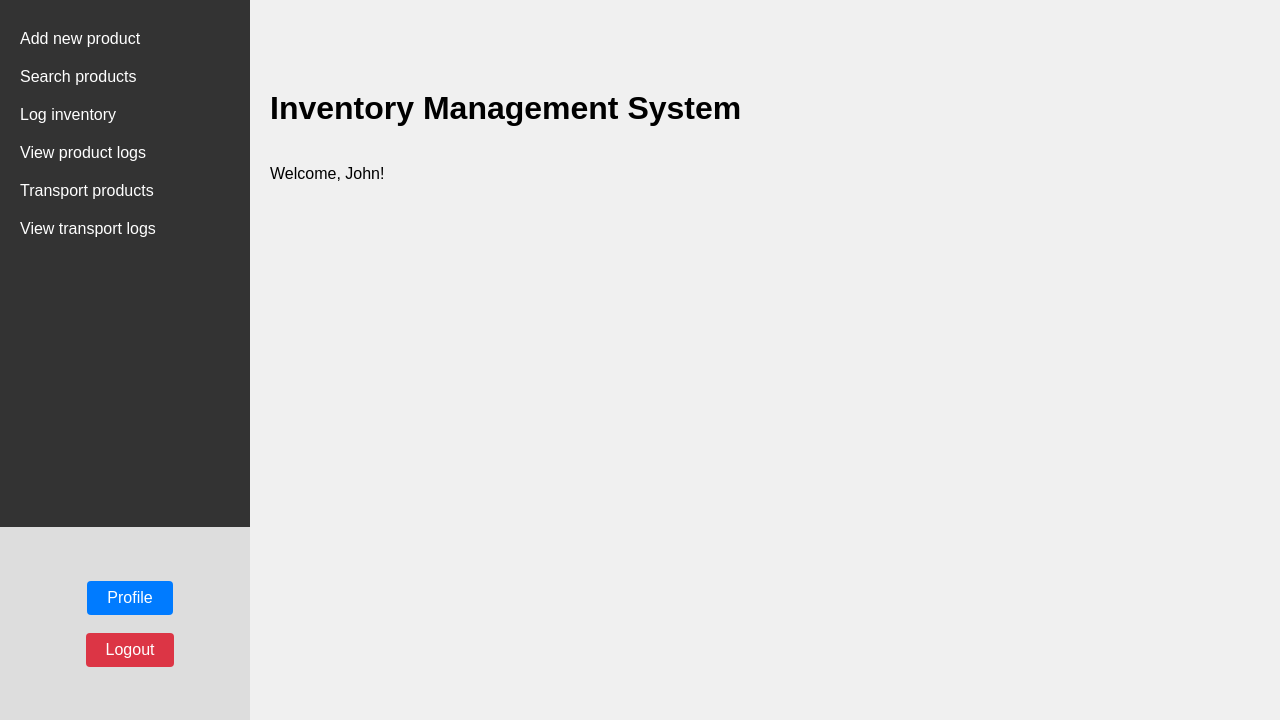
Repository: Warspinix/Flask-Web-Applications
Page: http://localhost/dashboard
The author's editor kept a copy of each file at every save. The page is drawn from the files as they stood at one save, then again after the next save.
The browser window is 1280 px wide. The pictures show the whole page.
The page is served by the project's application, run on Flask 3 (app.py). The session is filled in as if someone had signed in: {"user_id": 1, "first_name": "John"}.

Above is the page before, as saved 2024-06-13 22:35:27.

### templates/dashboard.html
<!-- dashboard.html -->

<!DOCTYPE html>
<html>

<head>
    <title>Inventory Management System</title>
    <link rel="stylesheet" type="text/css" href="{{ url_for('static', filename='style.css') }}">
</head>

<body>
    <div class="container">
        <!-- Navigation Bar -->
        <nav class="navbar" id="navbar">
            <div class="navbar-container">
                <!-- Functionality list -->
                <ul class="navbar-menu" id="menu">
                    <li><a href="{{ url_for('add_product') }}">Add new product</a></li>
                    <li><a href="{{ url_for('search_products') }}">Search products</a></li>
                    <li><a href="{{ url_for('log_inventory') }}">Log inventory</a></li>
                    <li><a href="{{ url_for('view_product_logs') }}">View product logs</a></li>
                    <li><a href="{{ url_for('transport_products') }}">Transport products</a></li>
                    <li><a href="{{ url_for('view_transport_logs') }}">View transport logs</a></li>
                </ul>

                <div class="profile-logout">
                    <a href="{{ url_for('profile') }}" class="btn btn-primary">Profile</a><br>
                    <a href="{{ url_for('logout') }}" class="btn btn-danger">Logout</a>
                </div>
            </div>
        </nav>
        <div class="content">
            <h1>Inventory Management System</h1>

            <!-- Welcome message -->
            <p>Welcome, {{ first_name }}!</p>
        </div>
    </div>
</body>

</html>

### app.py
from flask import Flask, render_template, redirect, url_for, flash, session
import flask_mysqldb
from flask_wtf import FlaskForm
from wtforms import StringField, PasswordField, SubmitField, IntegerField, SelectField
from wtforms.validators import DataRequired, NumberRange, Optional
import os
import datetime
from flask_bcrypt import Bcrypt

secret_key = os.urandom(24).hex()

app = Flask(__name__)
app.config["SECRET_KEY"] = secret_key
app.config["MYSQL_HOST"] = "localhost"
app.config["MYSQL_USER"] = "root"
app.config["MYSQL_PASSWORD"] = ""
app.config["MYSQL_DB"] = "inventory"

bcrypt = Bcrypt(app)

mysql = flask_mysqldb.MySQL(app)

class RegistrationForm(FlaskForm):
    email = StringField("Email", validators=[DataRequired()])
    first_name = StringField("First Name", validators=[DataRequired()])
    last_name = StringField("Last Name", validators=[DataRequired()])
    password = PasswordField("Password", validators=[DataRequired()])
    submit = SubmitField("Register")

class LoginForm(FlaskForm):
    user_id = StringField("User ID", validators=[DataRequired()])
    password = PasswordField("Password", validators=[DataRequired()])
    submit = SubmitField("Login")

class AddProductForm(FlaskForm):
    product_name = StringField("Product Name", validators=[DataRequired()])
    submit = SubmitField("Add Product")

class SearchForm(FlaskForm):
    search_by = StringField("Search by", validators=[DataRequired()])
    search_term = StringField("Search term", validators=[DataRequired()])
    submit = SubmitField("Search")

class AddToInventoryForm(FlaskForm):
    product_id = StringField("Product ID", validators=[DataRequired()])
    quantity_added = StringField("Quantity to add", validators=[DataRequired()])
    submit = SubmitField("Add to Inventory")

from flask_wtf import FlaskForm
from wtforms import SelectField, StringField, SubmitField
from wtforms.validators import DataRequired, Optional

class ViewProductLogsForm(FlaskForm):
    search_by = SelectField("Search by", choices=[
        ('', 'Select option'),
        ('id', 'Product ID'),
        ('month', 'Month'),
        ('both', 'Both')
    ], validators=[DataRequired()])
    product_id = StringField("Product ID", validators=[Optional()])
    month = SelectField("Select month", choices=[
        ('', 'Select month'),
        ('1', 'January'), ('2', 'February'), ('3', 'March'), ('4', 'April'),
        ('5', 'May'), ('6', 'June'), ('7', 'July'), ('8', 'August'),
        ('9', 'September'), ('10', 'October'), ('11', 'November'), ('12', 'December')
    ], validators=[Optional()])
    submit = SubmitField("View Logs")


class TransportForm(FlaskForm):
    product_id = IntegerField('Product ID', validators=[DataRequired(), NumberRange(min=1)])
    quantity_transported = IntegerField('Quantity to transport', validators=[DataRequired(), NumberRange(min=1)])
    submit = SubmitField('Transport')

class ViewTransportLogsForm(FlaskForm):
    search_by = SelectField("Search by", choices=[('', 'Select option'), ('id', 'Product ID'), ('month', 'Month'), ('both', 'Both')], validators=[DataRequired()])
    product_id = StringField("Product ID", validators=[Optional()])
    month = StringField("Select month", validators=[Optional()])
    submit = SubmitField("View Logs")


@app.route("/")
def index():
    return render_template("index.html")

@app.route("/register", methods=["GET", "POST"])
def register():
    form = RegistrationForm()
    if form.validate_on_submit():
        cur = mysql.connection.cursor()
        cur.execute("SELECT COUNT(*) FROM users")
        count = cur.fetchone()[0] + 1
        user_id = str(datetime.date.today().year) + str(count).zfill(3)
        registration_date = datetime.date.today()
        registration_time = datetime.datetime.now().time()
        hashed_password = bcrypt.generate_password_hash(form.password.data).decode('utf-8')
        cur.execute("INSERT INTO users (id, email, first_name, last_name, password, registration_date, registration_time) VALUES (%s, %s, %s, %s, %s, %s, %s)",
                    (user_id, form.email.data, form.first_name.data, form.last_name.data, hashed_password, registration_date, registration_time))
        mysql.connection.commit()
        # flash("Registration successful! You will be redirected to the home page in 3 seconds.")
        # return render_template("register_success.html")
        return redirect(url_for("index"))
    return render_template("register.html", form=form)

@app.route("/login", methods=["GET", "POST"])
def login():
    form = LoginForm()
    if form.validate_on_submit():
        cur = mysql.connection.cursor()
        print(form.user_id.data)
        print(form.password.data)
        cur.execute("SELECT password, first_name FROM users WHERE email = %s", (form.user_id.data,))
        result = cur.fetchone()
        print(result)
        if result:
            hashed_password = result[0]
            if bcrypt.check_password_hash(hashed_password, form.password.data):
                session['user_id'] = form.user_id.data
                session['first_name'] = result[1]  # Store first name in session
                return redirect(url_for("dashboard"))
            else:
                flash("Invalid user ID or password")
        else:
            flash("Invalid user ID or password")
    return render_template("login.html", form=form)

@app.route("/logout")
def logout():
    session.pop('user_id', None)
    session.pop('first_name', None)
    return redirect(url_for("index"))

@app.route("/dashboard")
def dashboard():
    if 'user_id' not in session:
        return redirect(url_for("login"))
    return render_template("dashboard.html", user_id=session['user_id'], first_name=session['first_name'])

@app.route("/profile")
def profile():
    if 'user_id' not in session:
        return redirect(url_for("login"))
    cur = mysql.connection.cursor()
    cur.execute("SELECT email, first_name, last_name, registration_date FROM users WHERE id = %s", (session['user_id'],))
    result = cur.fetchone()
    if result:
        return render_template("profile.html", email=result[0], first_name=result[1], last_name=result[2], registration_date=result[3])
    else:
        flash("User not found")
        return redirect(url_for("dashboard"))

@app.route("/add_product", methods=["GET", "POST"])
def add_product():
    if 'user_id' not in session:
        return redirect(url_for("login"))
    form = AddProductForm()
    if form.validate_on_submit():
        cur = mysql.connection.cursor()
        cur.execute("INSERT INTO products (name, quantity) VALUES (%s, %s)",
                    (form.product_name.data, 0))
        mysql.connection.commit()
        cur.execute("SELECT id FROM products ORDER BY id DESC LIMIT 1")
        product_id = cur.fetchone()[0]
        flash("Product added successfully! Product ID is " + str(product_id))
    return render_template("add_product.html", form=form, user_id=session['user_id'], first_name=session['first_name'])

@app.route("/search_products", methods=["GET", "POST"])
def search_products():
    if 'user_id' not in session:
        return redirect(url_for("login"))
    form = SearchForm()
    if form.validate_on_submit():
        cur = mysql.connection.cursor()
        if form.search_by.data == "id":
            cur.execute("SELECT * FROM products WHERE id = %s", (form.search_term.data,))
        else:
            cur.execute("SELECT * FROM products WHERE name LIKE %s", ("%" + form.search_term.data + "%",))
        products = cur.fetchall()
        return render_template("search_products.html", form=form, products=products, user_id=session['user_id'], first_name=session['first_name'])
    return render_template("search_products.html", form=form, user_id=session['user_id'], first_name=session['first_name'])

@app.route("/log_inventory", methods=["GET", "POST"])
def log_inventory():
    if 'user_id' not in session:
        return redirect(url_for("login"))
    form = AddToInventoryForm()
    if form.validate_on_submit():
        cur = mysql.connection.cursor()
        cur.execute("SELECT quantity FROM products WHERE id = %s", (form.product_id.data,))
        result = cur.fetchone()
        if result:
            new_quantity = result[0] + int(form.quantity_added.data)
            cur.execute("UPDATE products SET quantity = %s WHERE id = %s", (new_quantity, form.product_id.data))
            mysql.connection.commit()
            cur.execute("INSERT INTO products_log (product_id, quantity_added, log_date, log_time, user_id) VALUES (%s, %s, %s, %s, %s)",
                        (form.product_id.data, form.quantity_added.data, datetime.date.today(), datetime.datetime.now().time(), session['user_id']))
            mysql.connection.commit()
            flash("Inventory updated successfully!")
        else:
            flash("Product not found")
    return render_template("log_inventory.html", form=form, user_id=session['user_id'], first_name=session['first_name'])

@app.route("/view_product_logs", methods=["GET", "POST"])
def view_product_logs():
    if 'user_id' not in session:
        return redirect(url_for("login"))

    form = ViewProductLogsForm()
    product_logs = None

    if form.validate_on_submit():
        search_by = form.search_by.data
        product_id = form.product_id.data
        month = form.month.data

        query = """SELECT pl.product_id, p.name, pl.quantity_added, pl.log_date, pl.log_time,
                          CONCAT(u.first_name, ' ', u.last_name) AS full_name
                   FROM products_log pl
                   JOIN products p ON pl.product_id = p.id
                   JOIN users u ON pl.user_id = u.id"""
        conditions = []
        params = []

        if search_by == 'id':
            conditions.append("pl.product_id = %s")
            params.append(product_id)
        elif search_by == 'month':
            conditions.append("MONTH(pl.log_date) = %s")
            params.append(month)
        elif search_by == 'both':
            conditions.append("pl.product_id = %s AND MONTH(pl.log_date) = %s")
            params.append(product_id)
            params.append(month)

        if conditions:
            query += " WHERE " + " AND ".join(conditions)

        cur = mysql.connection.cursor()
        cur.execute(query, tuple(params))
        product_logs = cur.fetchall()

    return render_template("view_product_logs.html", form=form, product_logs=product_logs, user_id=session['user_id'], first_name=session['first_name'])

@app.route("/transport_products", methods=["GET", "POST"])
def transport_products():
    if 'user_id' not in session:
        return redirect(url_for("login"))
    form = TransportForm()
    if form.validate_on_submit():
        cur = mysql.connection.cursor()
        cur.execute("SELECT quantity FROM products WHERE id = %s", (form.product_id.data,))
        result = cur.fetchone()
        if result:
            current_quantity = result[0]
            if current_quantity >= form.quantity_transported.data:
                new_quantity = current_quantity - form.quantity_transported.data
                cur.execute("UPDATE products SET quantity = %s WHERE id = %s", (new_quantity, form.product_id.data))
                mysql.connection.commit()
                cur.execute("INSERT INTO transports_log (product_id, user_id, quantity_transported, log_date, log_time) VALUES (%s, %s, %s, %s, %s)",
                            (form.product_id.data, session['user_id'], form.quantity_transported.data, datetime.date.today(), datetime.datetime.now().time()))
                mysql.connection.commit()
                flash("Product transported successfully!")
            else:
                flash("Not enough quantity in stock")
        else:
            flash("Product not found")
    return render_template("transport_products.html", form=form, user_id=session['user_id'], first_name=session['first_name'])

@app.route("/view_transport_logs", methods=["GET", "POST"])
def view_transport_logs():
    if 'user_id' not in session:
        return redirect(url_for("login"))
    form = ViewTransportLogsForm()
    transport_logs = None
    if form.validate_on_submit():
        search_by = form.search_by.data
        product_id = form.product_id.data
        month = form.month.data

        query = """SELECT tl.id, tl.product_id, p.name, tl.quantity_transported, tl.log_date, tl.log_time,
                          CONCAT(u.first_name, ' ', u.last_name) AS full_name
                   FROM transports_log tl
                   JOIN products p ON tl.product_id = p.id
                   JOIN users u ON tl.user_id = u.id"""
        params = []

        if search_by == 'id':
            query += " WHERE tl.product_id = %s"
            params.append(product_id)
        elif search_by == 'month':
            query += " WHERE MONTH(tl.log_date) = %s"
            params.append(month)
        elif search_by == 'both':
            query += " WHERE tl.product_id = %s AND MONTH(tl.log_date) = %s"
            params.append(product_id)
            params.append(month)

        cur = mysql.connection.cursor()
        cur.execute(query, tuple(params))
        transport_logs = cur.fetchall()

    return render_template("view_transport_logs.html", form=form, transport_logs=transport_logs, user_id=session['user_id'], first_name=session['first_name'])

if __name__ == "__main__":
    app.run(debug=True)

### static/style.css
/* Reset default styles */
* {
    margin: 0;
    padding: 0;
    box-sizing: border-box;
}

body {
    font-family: Arial, sans-serif;
    background-color: #f0f0f0;
    display: flex;
    flex-direction: column;
    min-height: 100vh;
}

h1 {
    padding-bottom: 1.2em;
}

/* Navigation Bar styles */
.navbar {
    background-color: #333;
    color: #fff;
    position: fixed;
    width: 250px; /* Set the width */
    height: 100%;
    top: 0;
    left: 0;
    z-index: 1000;
    transition: all 0.3s ease;
}

.navbar-container {
    display: flex;
    flex-direction: column;
    height: 100%;
}

.navbar-header {
    display: flex;
    align-items: center;
    justify-content: space-between; /* Adjust spacing */
    margin-bottom: 20px; /* Adjust spacing */
}

.navbar-brand {
    color: #fff;
    text-decoration: none;
    font-size: 1.5rem;
    margin-left: 10px;
}

.navbar-menu {
    list-style-type: none;
    display: flex;
    height: 80svh;
    /* padding: 10px 20px; */
    flex-direction: column;
    margin-top: 20px; /* Push menu items to the bottom */
}

.navbar-menu li {
    margin-right: 0; /* Remove margin */
}

.navbar-menu li a {
    color: #fff;
    text-decoration: none;
}

.navbar-menu li {
    padding: 10px 20px;
    transition: color 0.3s ease;
}

.navbar-menu li:hover {
    background-color: #007bff;
}

/* Profile and logout buttons */
.profile-logout {
    display: flex;
    flex-direction: column;
    background-color: #ddd;
    align-items: center;
    justify-content: center;
    text-align: right;
    padding: 10px 40px;
    height: 30svh;
}

.profile-logout a {
    color: #fff;
    text-decoration: none;
    padding: 8px 20px;
    border-radius: 4px;
    margin-left: 10px;
    transition: background-color 0.3s ease;
}

.profile-logout a.btn {
    color: #fff;
    text-decoration: none;
    padding: 8px 20px;
    border-radius: 4px;
    transition: background-color 0.3s ease;
}

.profile-logout a.btn-primary {
    background-color: #007bff;
}

.profile-logout a.btn-danger {
    background-color: #dc3545;
}

.profile-logout a.btn:hover {
    background-color: #0056b3;
}


/* Menu toggle button */
.menu-toggle {
    background: none;
    border: none;
    cursor: pointer;
    display: none;
    padding: 5px;
    position: absolute;
    top: 10px;
    right: 10px;
    z-index: 1500;
}

.menu-toggle span {
    background-color: #fff;
    display: block;
    height: 2px;
    margin-bottom: 4px;
    transition: transform 0.2s ease, background-color 0.2s ease;
    width: 20px;
}

.menu-toggle span:nth-child(1) {
    transform: translateY(6px) rotate(45deg);
}

.menu-toggle span:nth-child(2) {
    opacity: 0;
}

.menu-toggle span:nth-child(3) {
    transform: translateY(-6px) rotate(-45deg);
}

@media screen and (max-width: 768px) {
    .navbar {
        width: 250px;
        transform: translateX(-100%);
        transition: transform 0.3s ease;
    }

    .navbar.active {
        transform: translateX(0);
    }

    .navbar-container {
        flex-direction: row;
    }

    .navbar-header {
        margin-bottom: 20px; /* Adjust spacing */
        width: 100%;
        display: flex;
        justify-content: space-between;
    }

    .navbar-brand {
        margin-bottom: 0; /* Adjust spacing */
    }

    .navbar-menu {
        flex-direction: column;
        margin-top: 0;
        width: 100%;
    }

    .navbar-menu.active {
        flex-direction: column;
    }

    .menu-toggle {
        display: block;
    }

    .profile-logout a {
        margin-left: 10px;
        margin-bottom: 0;
    }
}

/* Side Navigation for small screens */
.side-nav {
    position: fixed;
    top: 0;
    left: -250px;
    width: 250px;
    height: 100%;
    background-color: #333;
    transition: all 0.3s ease;
    z-index: 1200;
}

.side-nav.active {
    left: 0;
}

.side-nav ul {
    list-style-type: none;
    padding: 0;
    margin: 20px 0;
}

.side-nav ul li {
    padding: 10px;
    border-bottom: 1px solid #666;
}

.side-nav ul li a {
    color: #fff;
    text-decoration: none;
    display: block;
    transition: all 0.3s ease;
}

.side-nav ul li a:hover {
    background-color: #007bff;
}

/* Content area */
.content {
    margin-left: 250px; /* Width of the side nav */
    margin-top: 70px;
    padding: 20px;
    flex: 1;
}

/* Form styles */
form {
    background-color: #fff;
    padding: 20px;
    border-radius: 8px;
    box-shadow: 0 4px 6px rgba(0, 0, 0, 0.1);
}

form label {
    font-weight: bold;
}

form input[type="number"],
form select {
    padding: 8px;
    margin-top: 5px;
    width: 100%;
    border: 1px solid #ccc;
    border-radius: 4px;
}

form input[type="submit"] {
    background-color: #007bff;
    color: #fff;
    border: none;
    padding: 10px 20px;
    cursor: pointer;
    margin-top: 10px;
    border-radius: 4px;
    transition: background-color 0.3s ease;
}

form input[type="submit"]:hover {
    background-color: #0056b3;
}

/* Table styles */
table {
    width: 100%;
    margin-top: 20px;
    border-collapse: collapse;
    border-radius: 8px;
    overflow: hidden;
    box-shadow: 0 4px 6px rgba(0, 0, 0, 0.1);
}

table th, table td {
    padding: 12px 15px;
    text-align: left;
    border-bottom: 1px solid #ddd;
}

table th {
    background-color: #007bff;
    color: #fff;
}

After the next save:
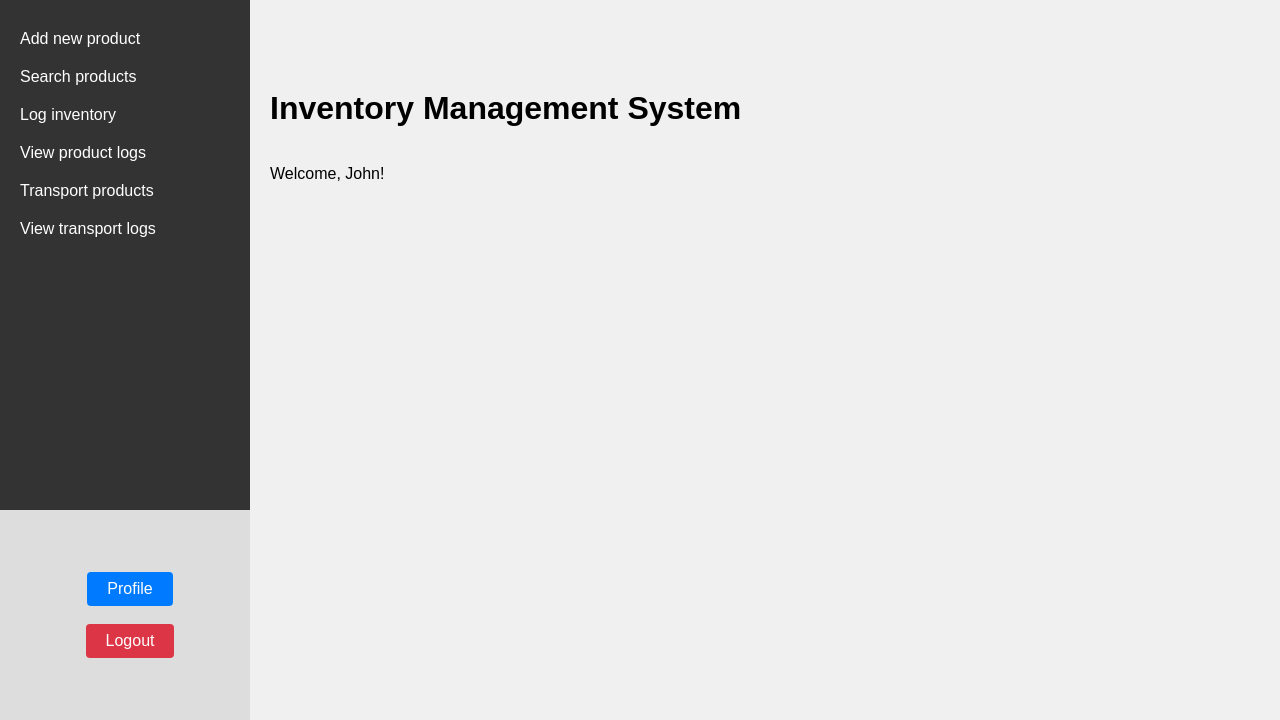
Saved 6 s later.
--- a/static/style.css
+++ b/static/style.css
@@ -53,7 +53,7 @@ h1 {
 .navbar-menu {
     list-style-type: none;
     display: flex;
-    height: 80svh;
+    height: 70svh;
     /* padding: 10px 20px; */
     flex-direction: column;
     margin-top: 20px; /* Push menu items to the bottom */
